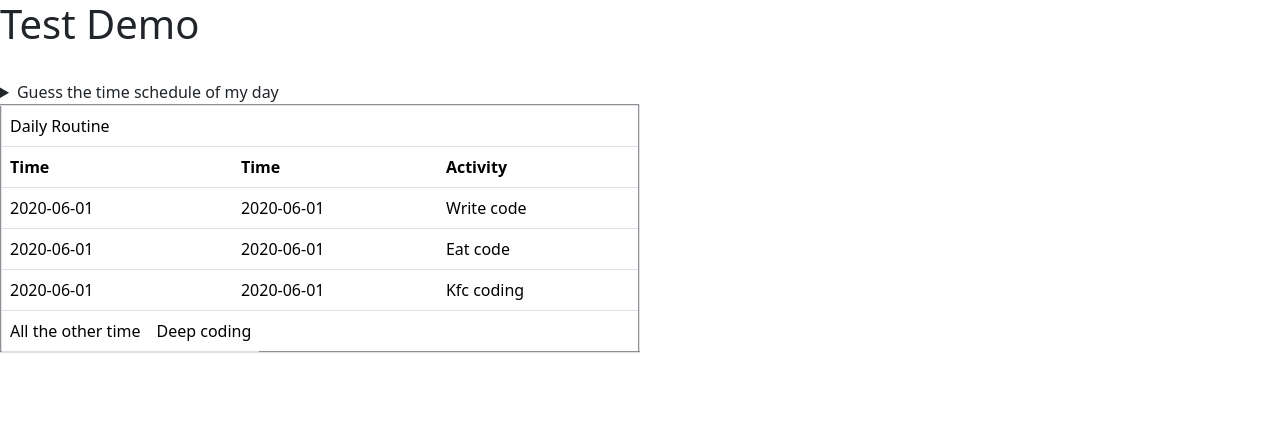
Repository: cavidk/taco_shop-web
Page: html basics/index.html
The author's editor kept a copy of each file at every save. The page is drawn from the files as they stood at one save, then again after the next save.
The browser window is 1280 px wide. The pictures show the whole page.

Above is the page before, as saved 2024-06-07 17:21:39.

After the next save:
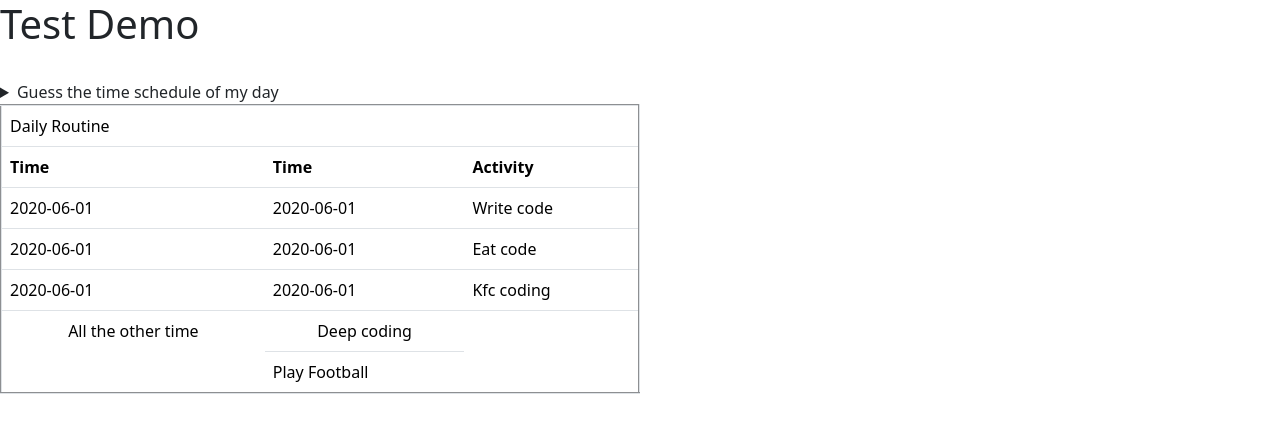
Saved 1 s later.
--- a/html basics/style.css
+++ b/html basics/style.css
@@ -8,5 +8,5 @@ body{
 }
 
 #expand{
-   position: absolute;
+  text-align: center;
 }
